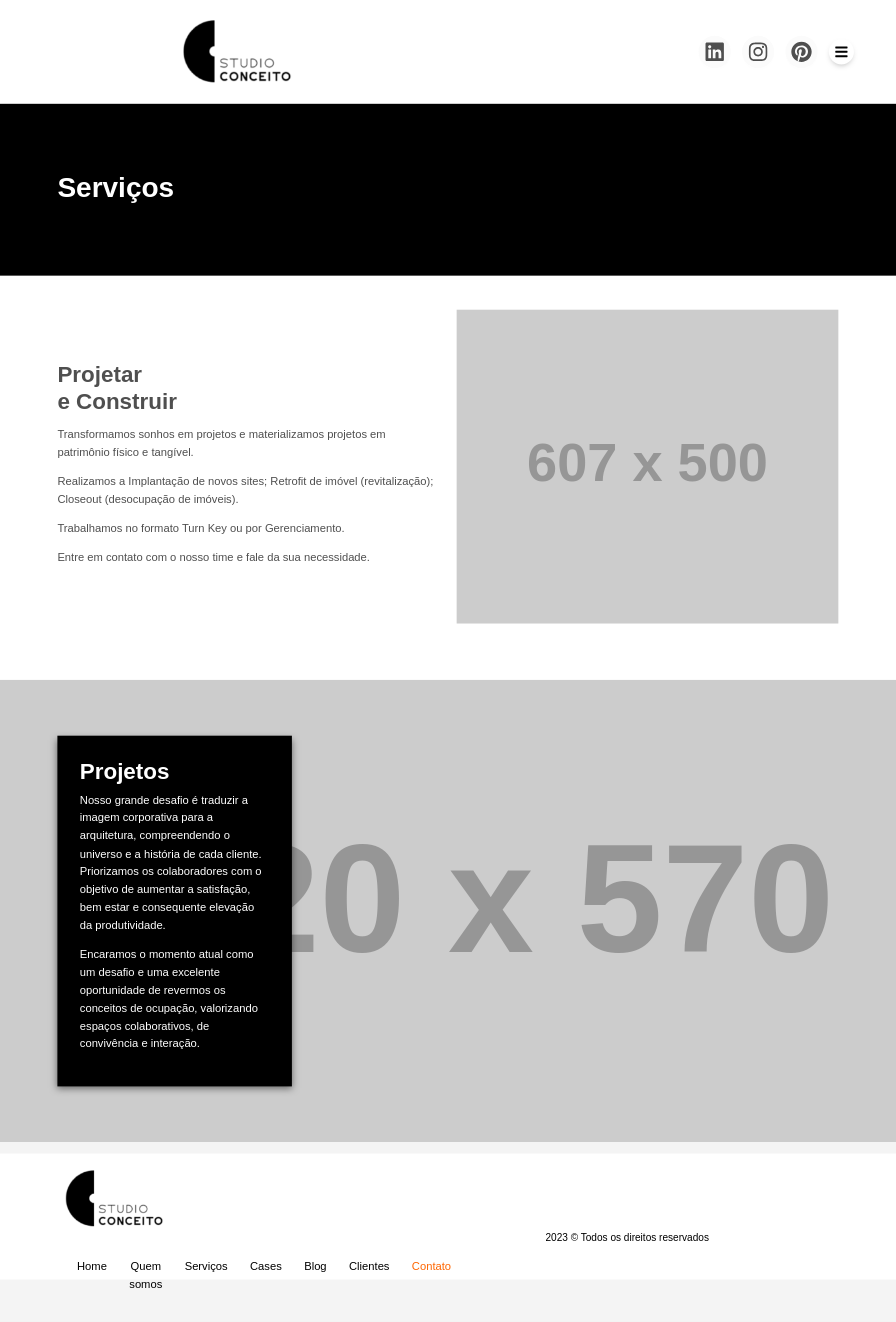
Repository: Upstairs-Agencia/studio-conceito-react
Page: /servicos
An editor plug-in stored every save of this project. The page is shown before and after a run of saves, followed by the edit.
The browser window is 1280 px wide. The pictures show the whole page, at 70% of full size.
The project was rebuilt for these pictures with package versions that can differ from the ones it lists, and the page was loaded fresh each time. Also part of the build but not shown: src/pages/Home.js, src/pages/QuemSomos.js, src/pages/Cases.js, src/pages/Blog.js, src/pages/Clientes.js, src/pages/Contato.js.

Above is the page before, as saved 2024-12-28 03:25:07.

After the next 2 saves:
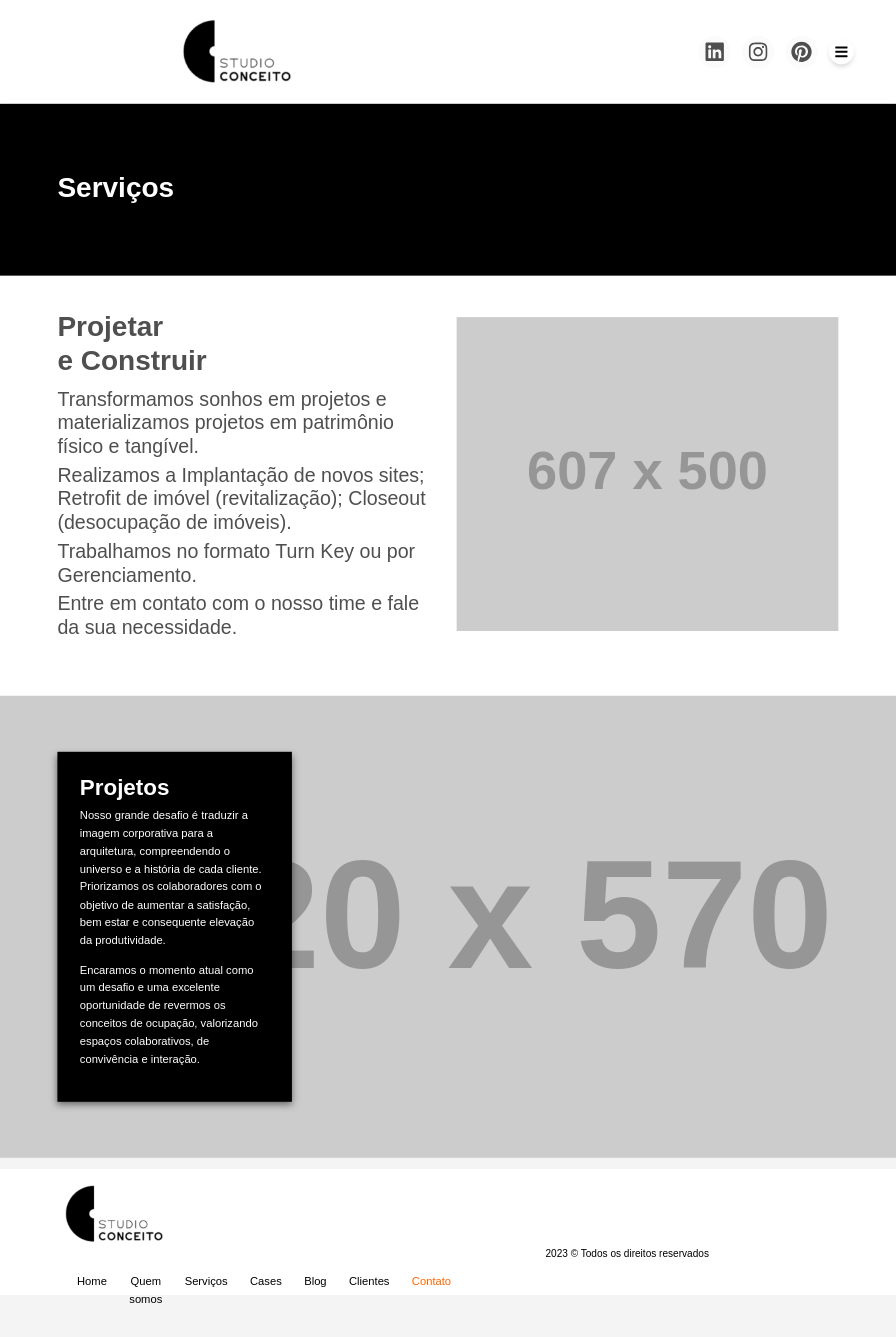
The 2 saves are shown as one change because 1 did not build or start.
The last was saved 112 s later.
--- a/src/pages/Servicos.js
+++ b/src/pages/Servicos.js
@@ -29,19 +29,19 @@ const Servicos = () => {
         <MDBContainer>
           <MDBRow className="align-items-center">
             <MDBCol md="6" className="mb-4">
-              <h2 className="fw-bold mb-3">Projetar<br />e Construir</h2>
-              <p>
+              <h1 className="fw-bold mb-3">Projetar<br />e Construir</h1>
+              <h3>
                 Transformamos sonhos em projetos e materializamos projetos em patrimônio físico e tangível.
-              </p>
-              <p>
+              </h3>
+              <h3>
                 Realizamos a Implantação de novos sites; Retrofit de imóvel (revitalização); Closeout (desocupação de imóveis).
-              </p>
-              <p>
+              </h3>
+              <h3>
                 Trabalhamos no formato Turn Key ou por Gerenciamento.
-              </p>
-              <p>
+              </h3>
+              <h3>
                 Entre em contato com o nosso time e fale da sua necessidade.
-              </p>
+              </h3>
             </MDBCol>
             <MDBCol md="6">
               <img
